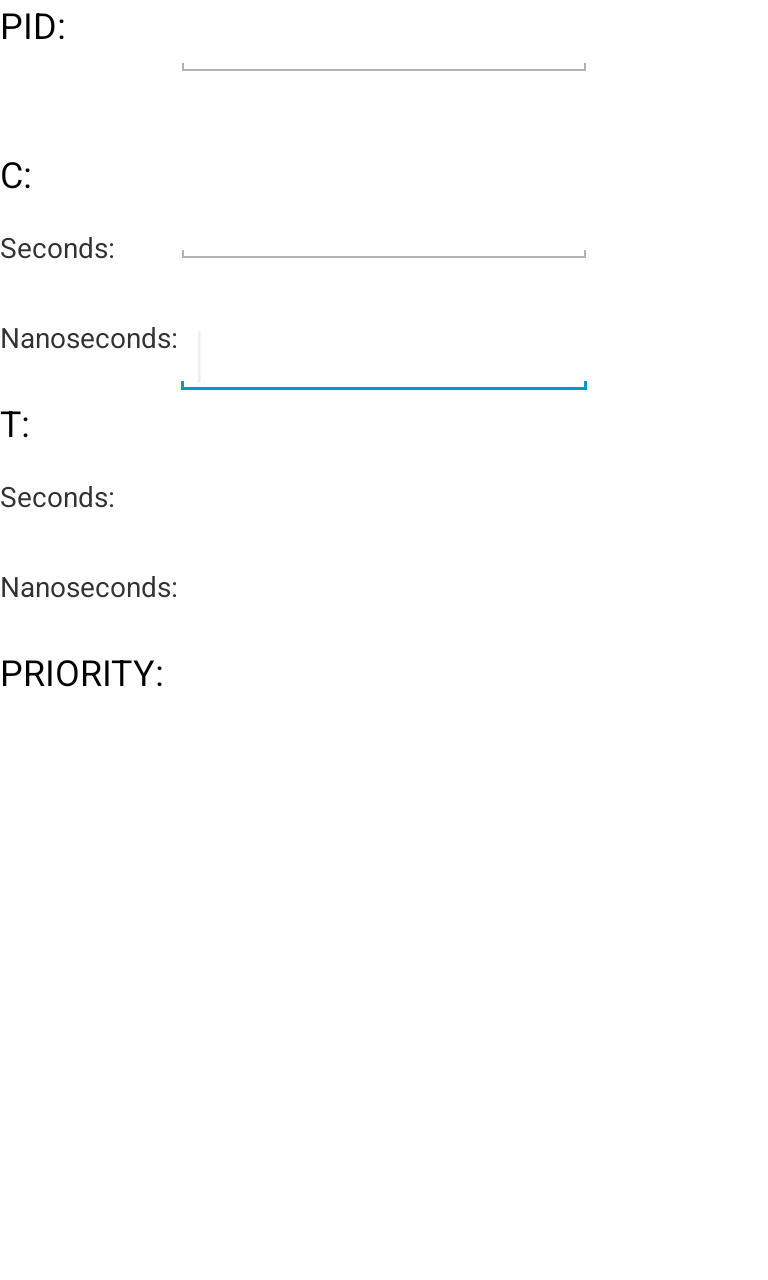
Repository: ankitC/taskmon
Layout: taskmon/res/layout/activity_set_reserve.xml
These files come from the project's save history. The layout is drawn as it stood at one moment and after the next save; the edit follows.
It is drawn on a 768 x 1280 px phone screen (xhdpi) without system bars, with theme AppTheme; the app's code is not run.

Above is the layout before, as saved 2013-10-07 02:25:52.

After the next save:
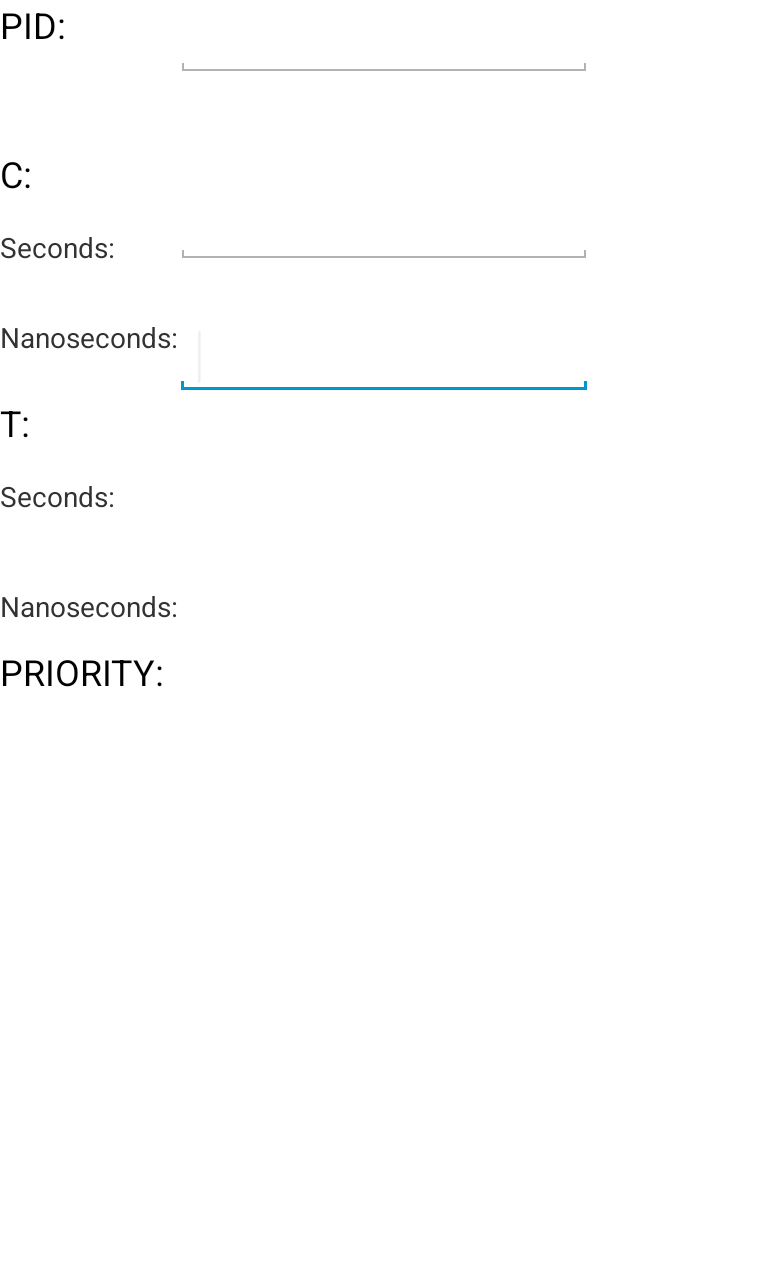
Saved 27 s later.
--- a/taskmon/res/layout/activity_set_reserve.xml
+++ b/taskmon/res/layout/activity_set_reserve.xml
@@ -74,7 +74,7 @@
         android:layout_height="wrap_content"
         android:layout_alignParentLeft="true"
         android:layout_below="@+id/textView3"
-        android:layout_marginTop="60dp"
+        android:layout_marginTop="70dp"
         android:text="@string/nanoSeconds" />
 
     <EditText
